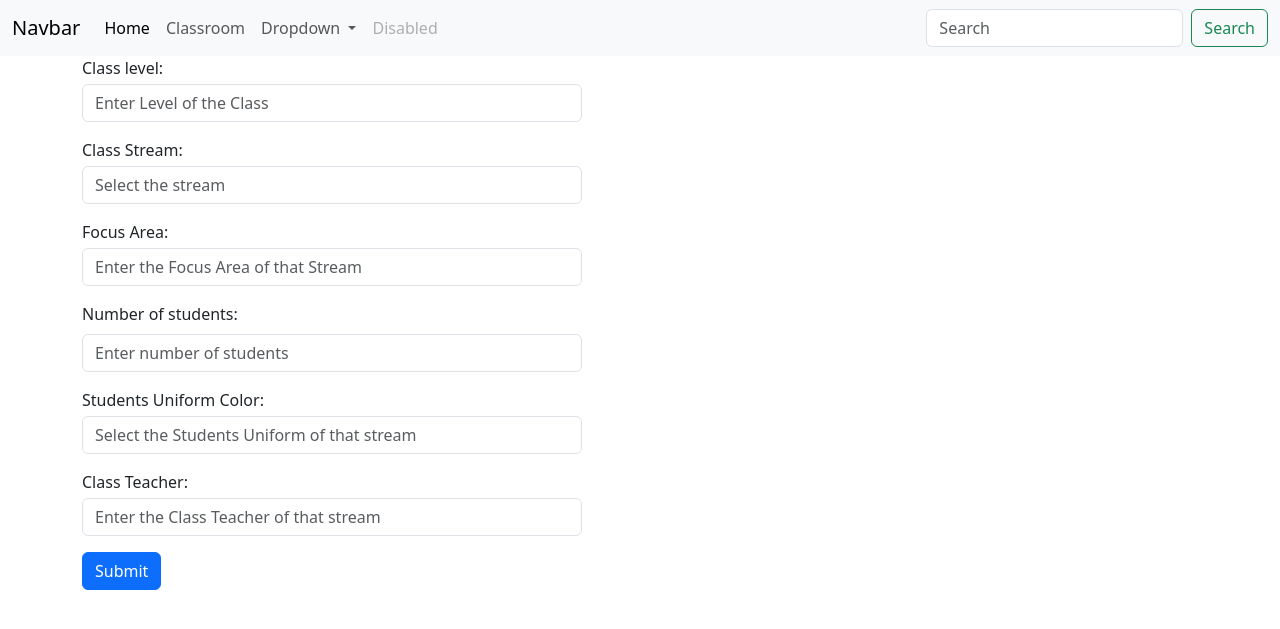
Repository: Mbote-Joseph/Django-Recap
Page: http://localhost/classroom/add
The author's editor kept a copy of each file at every save. The page is drawn from the files as they stood at one save, then again after the next save.
The browser window is 1280 px wide. The pictures show the whole page.
The page is served by the project's application, run on Django 5.2 (manage.py). Other server files are loaded and not shown.

Above is the page before, as saved 2025-12-15 21:41:18.

### school/classroom/templates/classroom/classroomform.html
{% extends 'base.html' %}

{% block content %}

<div class="container">
    <form method="post">
        {% csrf_token %}
        {{ form.as_p }}
        <button type="submit" class="btn btn-primary">Submit</button>
    </form>
</div>

{% endblock %}

### school/static/templates/base.html
<!doctype html>
<html lang="en">
  <head>
    <meta charset="utf-8">
    <meta name="viewport" content="width=device-width, initial-scale=1">
    <title> {{title}}</title>
    <link href="https://cdn.jsdelivr.net/npm/bootstrap@5.3.8/dist/css/bootstrap.min.css" rel="stylesheet" integrity="sha384-sRIl4kxILFvY47J16cr9ZwB07vP4J8+LH7qKQnuqkuIAvNWLzeN8tE5YBujZqJLB" crossorigin="anonymous">
  </head>
  <body>
    <nav class="navbar navbar-expand-lg bg-body-tertiary">
      <div class="container-fluid">
        <a class="navbar-brand" href="{% url 'home' %}" >Navbar</a>
        <button class="navbar-toggler" type="button" data-bs-toggle="collapse" data-bs-target="#navbarSupportedContent" aria-controls="navbarSupportedContent" aria-expanded="false" aria-label="Toggle navigation">
          <span class="navbar-toggler-icon"></span>
        </button>
        <div class="collapse navbar-collapse" id="navbarSupportedContent">
          <ul class="navbar-nav me-auto mb-2 mb-lg-0">
            <li class="nav-item">
              <a class="nav-link active" aria-current="page" href="{% url 'home' %}">Home</a>
            </li>
            <li class="nav-item">
              <a class="nav-link" href="{% url 'classroom' %}" >Classroom</a>
            </li>
            <li class="nav-item dropdown">
              <a class="nav-link dropdown-toggle" href="#" role="button" data-bs-toggle="dropdown" aria-expanded="false">
                Dropdown
              </a>
              <ul class="dropdown-menu">
                <li><a class="dropdown-item" href="#">Action</a></li>
                <li><a class="dropdown-item" href="#">Another action</a></li>
                <li><hr class="dropdown-divider"></li>
                <li><a class="dropdown-item" href="#">Something else here</a></li>
              </ul>
            </li>
            <li class="nav-item">
              <a class="nav-link disabled" aria-disabled="true">Disabled</a>
            </li>
          </ul>
          <form class="d-flex" role="search">
            <input class="form-control me-2" type="search" placeholder="Search" aria-label="Search"/>
            <button class="btn btn-outline-success" type="submit">Search</button>
          </form>
        </div>
      </div>
    </nav>
    {% block content%}


    {% endblock %}


    <script src="https://cdn.jsdelivr.net/npm/bootstrap@5.3.8/dist/js/bootstrap.bundle.min.js" integrity="sha384-FKyoEForCGlyvwx9Hj09JcYn3nv7wiPVlz7YYwJrWVcXK/BmnVDxM+D2scQbITxI" crossorigin="anonymous"></script>
  </body>
</html>

### school/classroom/forms.py
# Copyright 2025 josephmbote
#
# Licensed under the Apache License, Version 2.0 (the "License");
# you may not use this file except in compliance with the License.
# You may obtain a copy of the License at
#
#     https://www.apache.org/licenses/LICENSE-2.0
#
# Unless required by applicable law or agreed to in writing, software
# distributed under the License is distributed on an "AS IS" BASIS,
# WITHOUT WARRANTIES OR CONDITIONS OF ANY KIND, either express or implied.
# See the License for the specific language governing permissions and
# limitations under the License.

from django import forms
from .models import ClassRoom

class ClassroomForm(forms.ModelForm):
    class Meta:
        model = ClassRoom
        fields = ('name', 'stream','focus','students', 'uniform', 'classteacher')
        widgets = {
            'name': forms.TextInput(attrs={
                "class": "form-control my-1",
                'placeholder': 'Enter Level of the Class',
                'style': 'max-width:500px'
            }),
            'stream': forms.TextInput(attrs={
                "class": "form-control my-1",
                'placeholder': 'Select the stream',
                'style':'max-width:500px'
            }),
            'focus': forms.TextInput(attrs={
                'class':'form-control my-1',
                'placeholder':'Enter the Focus Area of that Stream',
                'style':'max-width:500px'
            }),
            'students': forms.NumberInput(attrs={
                'class': 'form-control my-2',
                'placeholder': 'Enter number of students',
                'style': 'max-width: 500px;',
                'min': 1,
                'max': 60
            }),
            'uniform': forms.TextInput(attrs={
                'class': 'form-control my-1',
                'placeholder': 'Select the Students Uniform of that stream',
                'style': 'max-width:500px'
            }),
            'classteacher': forms.TextInput(attrs={
                'class': 'form-control my-1',
                'placeholder': 'Enter the Class Teacher of that stream',
                'style': 'max-width:500px'
            })
        }

        labels = {
            'name': "Class level",
            'stream': "Class Stream",
            'focus': 'Focus Area',
            'students': 'Number of students',
            'uniform': 'Students Uniform Color',
            'classteacher': "Class Teacher"
        }

### school/classroom/models.py
from django.db import models

# Create your models here.
class ClassRoom(models.Model):
    FOCUS_AREA = {
        ('Sciences', 'Sciences'),
        ('Sports', 'Sports'),
        ('Languages', 'Languages'),
    }

    STREAM = {
        ('Red', 'Red'),
        ('Green', 'Green'),
        ('Blue', 'Blue'),
        ('Yellow', 'Yellow'),
    }
    COLOR = {
        ('Black', 'Black'),
        ('Grey', 'Grey'),
        ('White', 'White')
    }
    name = models.CharField(max_length=100)
    stream = models.CharField(max_length=100, choices= STREAM)
    focus = models.CharField(max_length=100, choices=FOCUS_AREA)
    students = models.IntegerField()
    uniform = models.CharField(max_length=100, choices=COLOR)
    classteacher = models.CharField(max_length=100)

### school/classroom/views.py
from django.shortcuts import render
from django.views.generic import ListView, DetailView, CreateView, UpdateView, TemplateView, DeleteView
from django import template
# Create your views here.
from classroom.forms import ClassroomForm
from classroom.models import ClassRoom

# class ClassRoomView(TemplateView):
#     template_name = "classroom/classroom.html"
#     extra_context = {
#         'title': 'Classroom Page'
#     }

class ClassroomListView(ListView):
    model = ClassRoom
    context_object_name = 'classrooms'
    template_name = 'classroom/classroom.html'
    extra_context = {
        'title': 'Classroom Page'
    }

class ClassRoomDetailsView(DetailView):
    model = ClassRoom
    context_object_name = 'classroom'
    template_name = 'classroom/classroomdetails.html'
    extra_context = {
        'title': 'Classroom Details'
    }

class ClassroomCreate(CreateView):
    model = ClassRoom
    form_class = ClassroomForm
    template_name = "classroom/classroomform.html"
    success_url = "/classroom"
    extra_context = {
        'title': "Classroom Data Form"
    }


class ClassroomEdit(UpdateView):
    model = ClassRoom
    form_class = ClassroomForm
    # context_object_name = 'classroom'
    template_name = "classroom/classroomform.html"
    success_url = "/classroom"
    extra_context = {
        'title': "Classroom Data Form"
    }

class ClassroomDelete(DeleteView):
    model = ClassRoom
    context_object_name = 'classroom'
    template_name = 'classroom/classroom_confirm_delete.html'
    extra_context = {
        'title': 'Classroom Delete Page'
    }
    success_url = "/classroom"

### school/school/urls.py
"""
URL configuration for school project.

The `urlpatterns` list routes URLs to views. For more information please see:
    https://docs.djangoproject.com/en/6.0/topics/http/urls/
Examples:
Function views
    1. Add an import:  from my_app import views
    2. Add a URL to urlpatterns:  path('', views.home, name='home')
Class-based views
    1. Add an import:  from other_app.views import Home
    2. Add a URL to urlpatterns:  path('', Home.as_view(), name='home')
Including another URLconf
    1. Import the include() function: from django.urls import include, path
    2. Add a URL to urlpatterns:  path('blog/', include('blog.urls'))
"""
from django.contrib import admin
from django.urls import path, include


urlpatterns = [
    path('admin/', admin.site.urls),
    path('home', include('home.urls')),
    path('classroom', include('classroom.urls'))

]

### school/home/urls.py
# Copyright 2025 josephmbote
#
# Licensed under the Apache License, Version 2.0 (the "License");
# you may not use this file except in compliance with the License.
# You may obtain a copy of the License at
#
#     https://www.apache.org/licenses/LICENSE-2.0
#
# Unless required by applicable law or agreed to in writing, software
# distributed under the License is distributed on an "AS IS" BASIS,
# WITHOUT WARRANTIES OR CONDITIONS OF ANY KIND, either express or implied.
# See the License for the specific language governing permissions and
# limitations under the License.

from django.urls import path
from .views import HomeView
urlpatterns = [
    path('', HomeView.as_view(), name="home")
]

### school/classroom/urls.py
from classroom.views import ClassRoomDetailsView, ClassroomCreate, ClassroomListView
# Copyright 2025 josephmbote
#
# Licensed under the Apache License, Version 2.0 (the "License");
# you may not use this file except in compliance with the License.
# You may obtain a copy of the License at
#
#     https://www.apache.org/licenses/LICENSE-2.0
#
# Unless required by applicable law or agreed to in writing, software
# distributed under the License is distributed on an "AS IS" BASIS,
# WITHOUT WARRANTIES OR CONDITIONS OF ANY KIND, either express or implied.
# See the License for the specific language governing permissions and
# limitations under the License.

from django.urls import path
from .views import ClassroomDelete, ClassroomEdit, ClassroomListView, ClassRoomDetailsView


urlpatterns = [
    path('', ClassroomListView.as_view(), name="classroom" ),
    path('/<int:pk>', ClassRoomDetailsView.as_view(), name="classroom.details"),
    path('/add', ClassroomCreate.as_view(), name ="class.add"),
    path('/<int:pk>/edit', ClassroomEdit.as_view(), name="classroom.edit"),
    path('/<int:pk>/delete', ClassroomDelete.as_view(), name="classroom.delete")
]

After the next save:
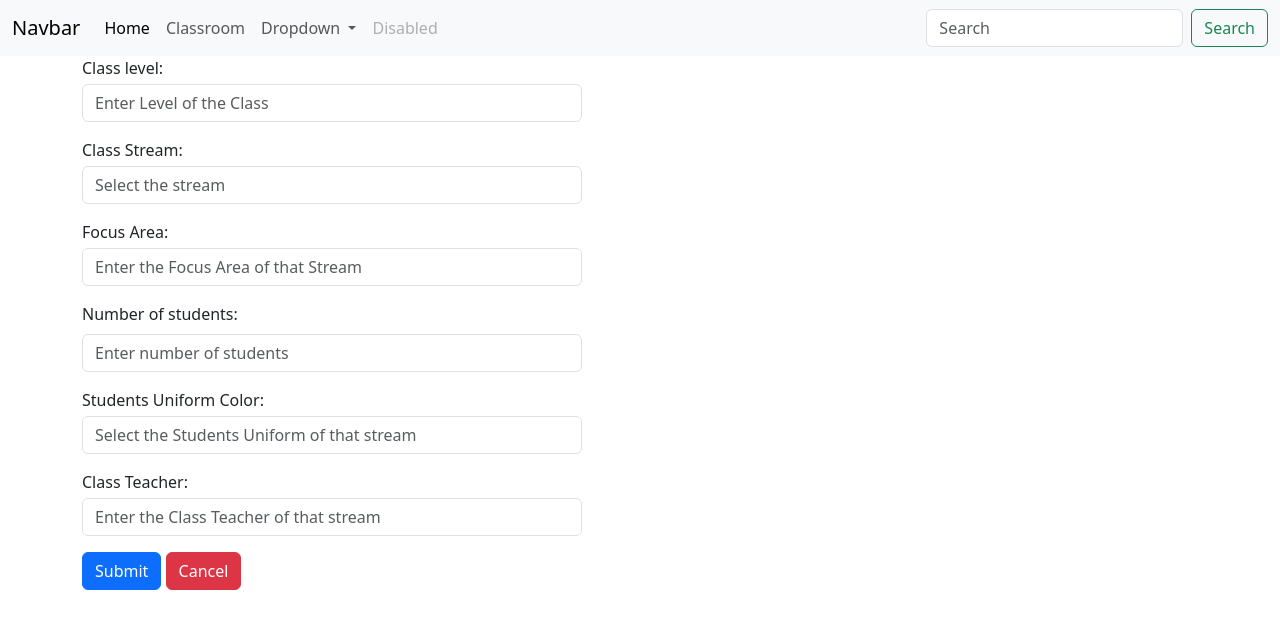
Saved 4 min 37 s later.
--- a/school/classroom/templates/classroom/classroomform.html
+++ b/school/classroom/templates/classroom/classroomform.html
@@ -7,6 +7,7 @@
         {% csrf_token %}
         {{ form.as_p }}
         <button type="submit" class="btn btn-primary">Submit</button>
+        <a href="{% url 'classroom' %}" class="btn btn-danger"> Cancel </a>
     </form>
 </div>
 
